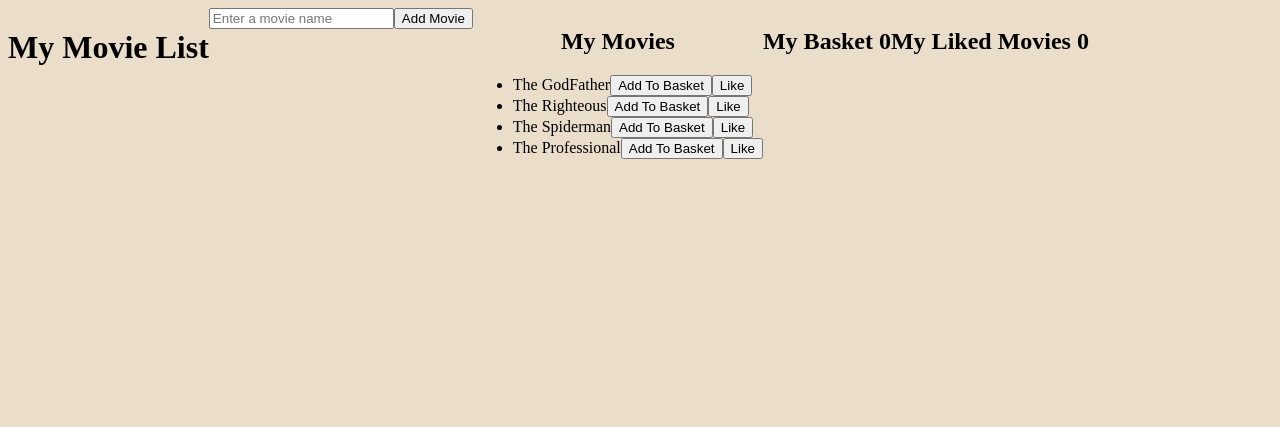
Repository: sinchana-p-iVoyant/redux-movie-store
Page: /
An editor plug-in stored every save of this project. The page is shown before and after a run of saves, followed by the edit.
The browser window is 1280 px wide. The pictures show the whole page.
The project was rebuilt for these pictures with package versions that can differ from the ones it lists, and the page was loaded fresh each time. Also part of the build but not shown: vite.config.ts.

Above is the page before, as saved 2024-02-15 12:07:27.

After the next 5 saves:
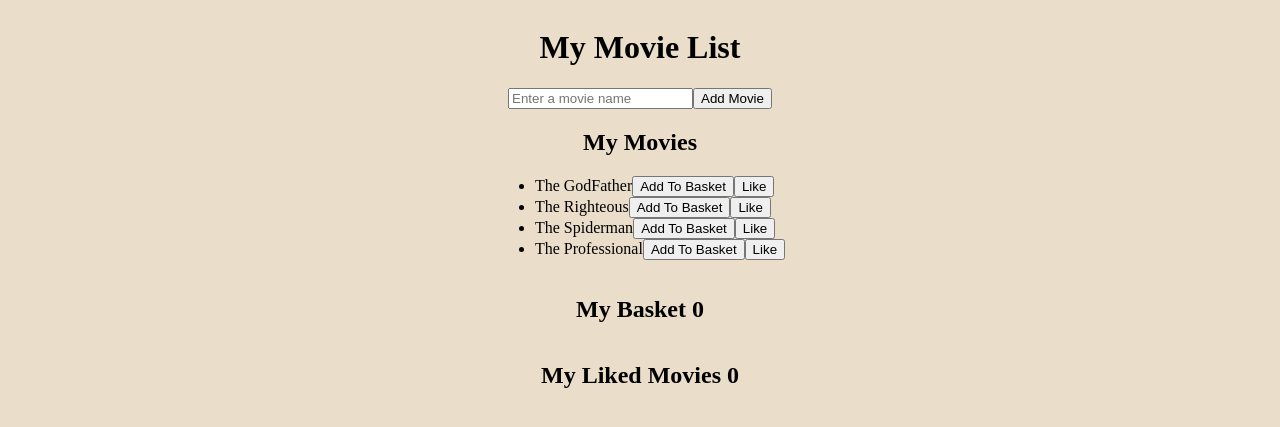
The 5 saves are shown as one change because they came seconds apart.
The last was saved 12 s later.
--- a/src/App.css
+++ b/src/App.css
@@ -8,8 +8,12 @@ h1, h2{
 
 .container {
   display: flex;
-  fle
+  flex-direction: column;
+  align-items: center;
+  justify-content: center;
 }
+
+
 
 
 
